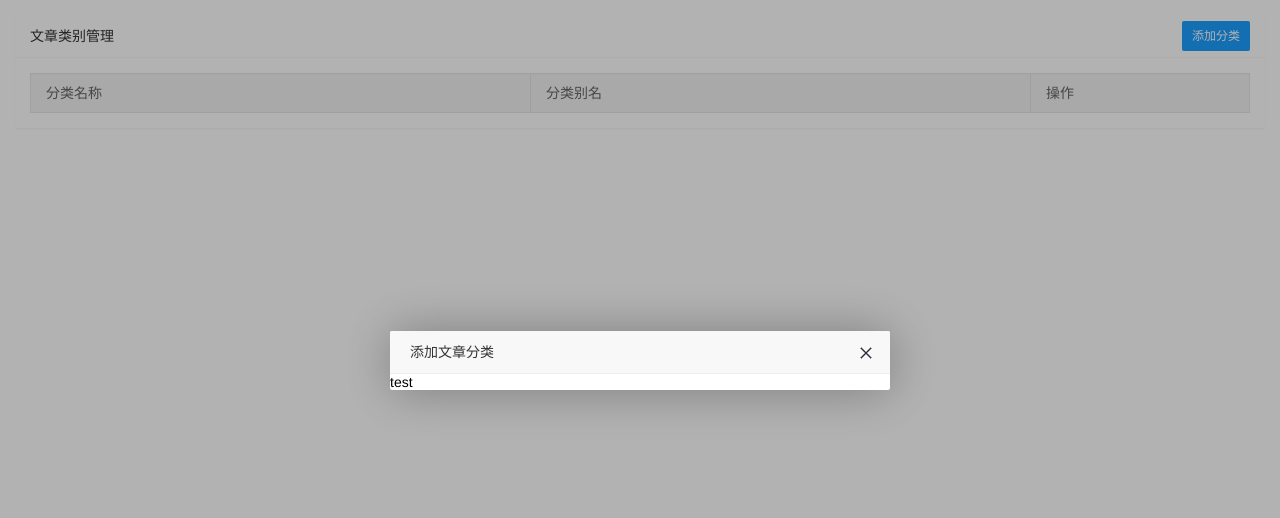
Repository: xxsleep/-
Page: home/article/art_cate.html
An editor plug-in stored every save of this project. The page is shown before and after a run of saves, followed by the edit.
The browser window is 1280 px wide. The pictures show the whole page.
After loading, the first visible `#upBtn` was clicked once.
The page's requests for data from a server got no answer.

Above is the page before, as saved 2020-11-27 20:44:54.
Console error: TypeError: Cannot read properties of undefined (reading 'status')

### home/article/art_cate.html
<!DOCTYPE html>
<html lang="en">

<head>
    <meta charset="UTF-8">
    <meta name="viewport" content="width=device-width, initial-scale=1.0">
    <title>Document</title>
    <link rel="stylesheet" href="/assets/lib/layui/css/layui.css">
    <link rel="stylesheet" href="/assets/css/article/art_cate.css">
</head>

<body>
    <div class="layui-card">
        <div class="layui-card-header">
            文章类别管理
            <button type="button" class="layui-btn layui-btn-sm layui-btn-normal" id="upBtn">添加分类</button>
        </div>
        <div class="layui-card-body">
            <table class="layui-table">
                <colgroup>
                    <col width="500">
                    <col width="500">
                    <col>
                </colgroup>
                <thead>
                    <tr>
                        <th>分类名称</th>
                        <th>分类别名</th>
                        <th>操作</th>
                    </tr>
                </thead>
                <tbody>
                    <!-- <tr>
                        <td>贤心</td>
                        <td>2016-11-29</td>
                        <td>人生就像是一场修行1</td>
                    </tr> -->
                </tbody>
            </table>
        </div>
    </div>


    <script type="text/html" id="model">
        {{each data v i}}
        <tr>
            <td>{{v.name}}</td>
            <td>{{v.alias}}</td>
            <td>
                <button type="button" class="layui-btn layui-btn-xs" data_id{{v.Id}}>编辑</button>
                <button type="button" class="layui-btn layui-btn-danger layui-btn-xs" data_id{{v.Id}}>删除</button>
            </td>
        </tr>
        {{/each}}
    </script>

    <script type="text/html" id="form">
        <form class="layui-form" action="">
            <div class="layui-form-item">
                <label class="layui-form-label">输入框</label>
                <div class="layui-input-block">
                    <input type="text" name="title" required lay-verify="required" placeholder="请输入标题"
                        autocomplete="off" class="layui-input">
                </div>
            </div>
            <div class="layui-form-item">
                <label class="layui-form-label">输入框</label>
                <div class="layui-input-block">
                    <input type="text" name="title" required lay-verify="required" placeholder="请输入标题"
                        autocomplete="off" class="layui-input">
                </div>
            </div>
            <div class="layui-form-item">
                <div class="layui-input-block">
                    <button class="layui-btn" lay-submit lay-filter="formDemo">立即提交</button>
                    <button type="reset" class="layui-btn layui-btn-primary">重置</button>
                </div>
            </div>
        </form>
    </script>


    <script src="/assets/lib/jquery.js"></script>
    <script src="/assets/lib/layui/layui.all.js"></script>
    <script src="/assets/lib/template-web.js"></script>
    <script src="/assets/js/ajaxBase.js"></script>
    <script src="/assets/js/article/art_cate.js"></script>
</body>

</html>

### assets/css/article/art_cate.css
* {
    margin: 0;
    padding: 0;
}

body {
    padding: 15px;
}

.layui-card-header {
    display: flex;
    justify-content: space-between;
    align-items: center;
}

#upBtn {
    line-height: 30px;
}

### assets/js/ajaxBase.js
$.ajaxPrefilter(function (options) {
    options.url = "http://ajax.frontend.itheima.net" + options.url;

    if (options.url.indexOf("/my/") !== -1) {
        options.headers = {
            Authorization: localStorage.getItem("token"),
        };
    }

    options.complete = function (xhr) {
        if (xhr.responseJSON.status === 1 && xhr.responseJSON.message === '身份认证失败') {
            localStorage.removeItem('token')
            location.href = '/home/login.html'
        }
    }





});

### assets/js/article/art_cate.js
$(function () {
    let layer = layui.layer
    getCate()

    function getCate() {
        $.ajax({
            url: '/my/article/cates',
            success: function (res) {
                console.log(res);

                $('tbody').html(template('model', res))
            }
        })
    }
    let index
    $('#upBtn').click(function () {
        index = layer.open({
            type: 1,
            title: '添加文章分类',
            area: '500px',
            content: 'test'
        });
    })
})

Loaded but not shown: assets/lib/layui/css/layui.css (library); assets/lib/jquery.js (library); assets/lib/layui/layui.all.js (library); assets/lib/template-web.js (library); assets/lib/layui/css/modules/laydate/default/laydate.css (library); assets/lib/layui/css/modules/layer/default/layer.css (library); assets/lib/layui/css/modules/code.css (common file)

After the next 2 saves:
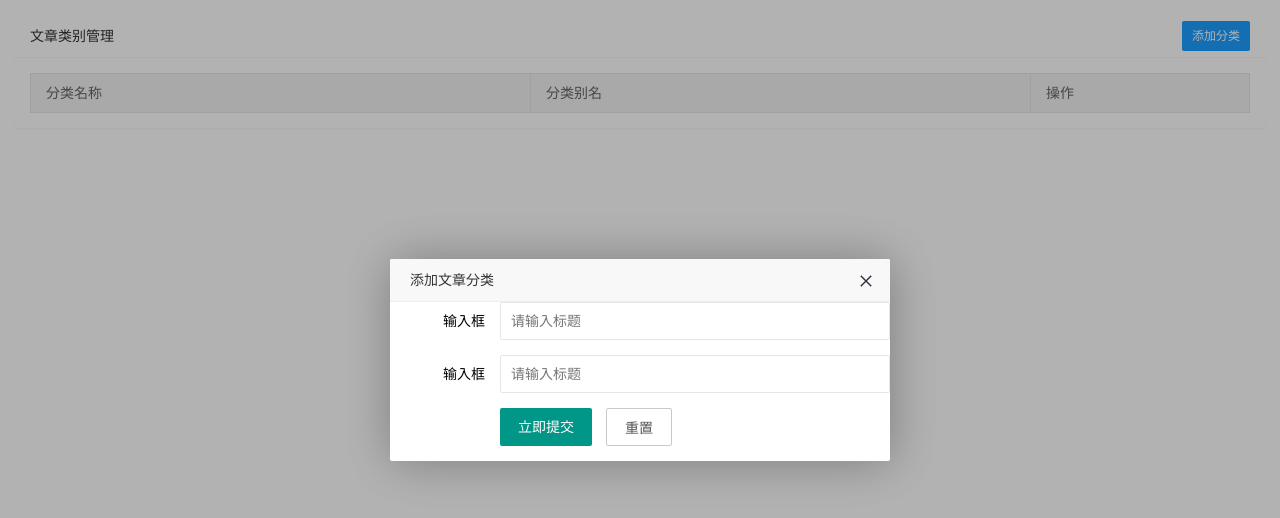
The 2 saves are shown as one change because they came seconds apart.
The last was saved 84 s later.
--- a/assets/js/article/art_cate.js
+++ b/assets/js/article/art_cate.js
@@ -18,7 +18,7 @@ $(function () {
             type: 1,
             title: '添加文章分类',
             area: '500px',
-            content: 'test'
+            content: $("#form").html(),
         });
     })
 })
